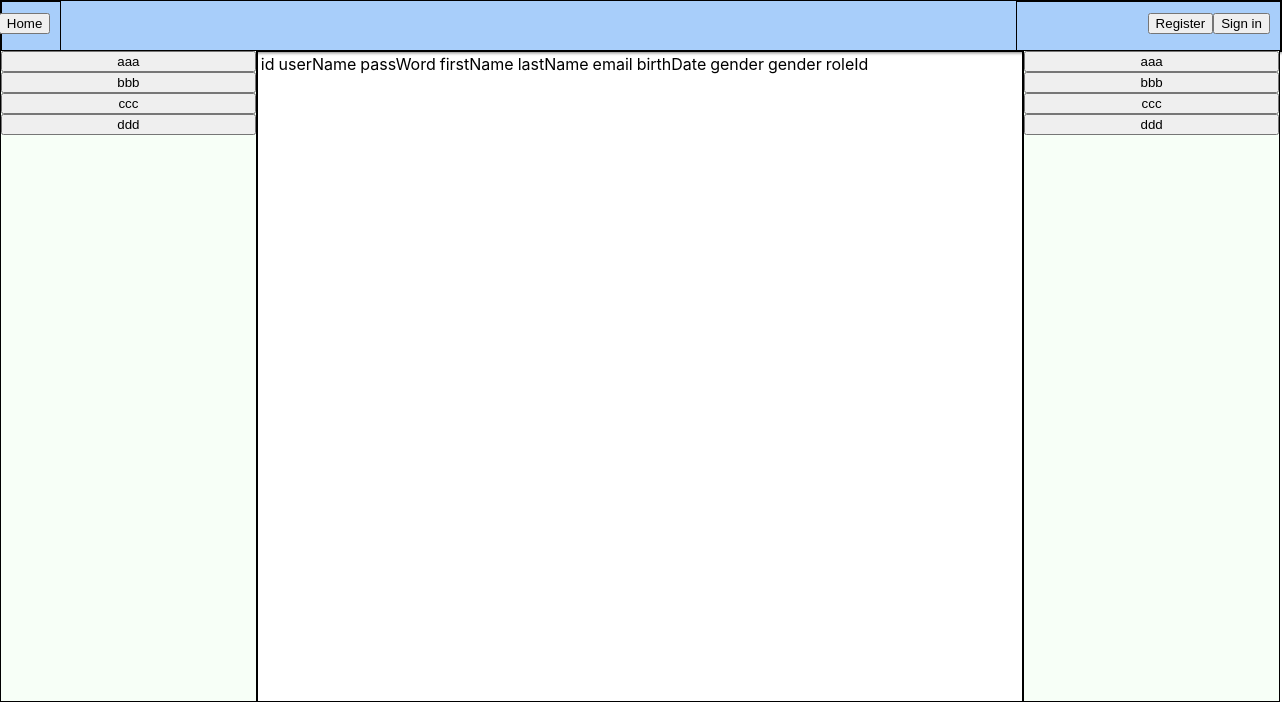
Repository: MichaelSodovski/website-client
Page: /users
The author's editor kept a copy of each file at every save. The page is drawn from the files as they stood at one save, then again after the next save.
The browser window is 1280 px wide. The page is 1282 px wide, so the pictures cover 1282 px, including what lies to the right of the window. The pictures show the whole page.
The page's requests for data from a server got no answer. The project was rebuilt for these pictures with package versions that can differ from the ones it lists, and the page was loaded fresh each time. No one was signed in, and anything a server would have sent is missing. Also part of the build but not shown: src/components/home/home.component.jsx, src/components/register/register.component.css, src/components/payment-info/payment.component.css, src/components/payment-info/payment.component.js, src/components/register/register.component.jsx, src/components/signIn/signIn.component.css, src/components/signIn/signIn.component.jsx.

Above is the page before, as saved 2022-05-14 22:16:37.

After the next save:
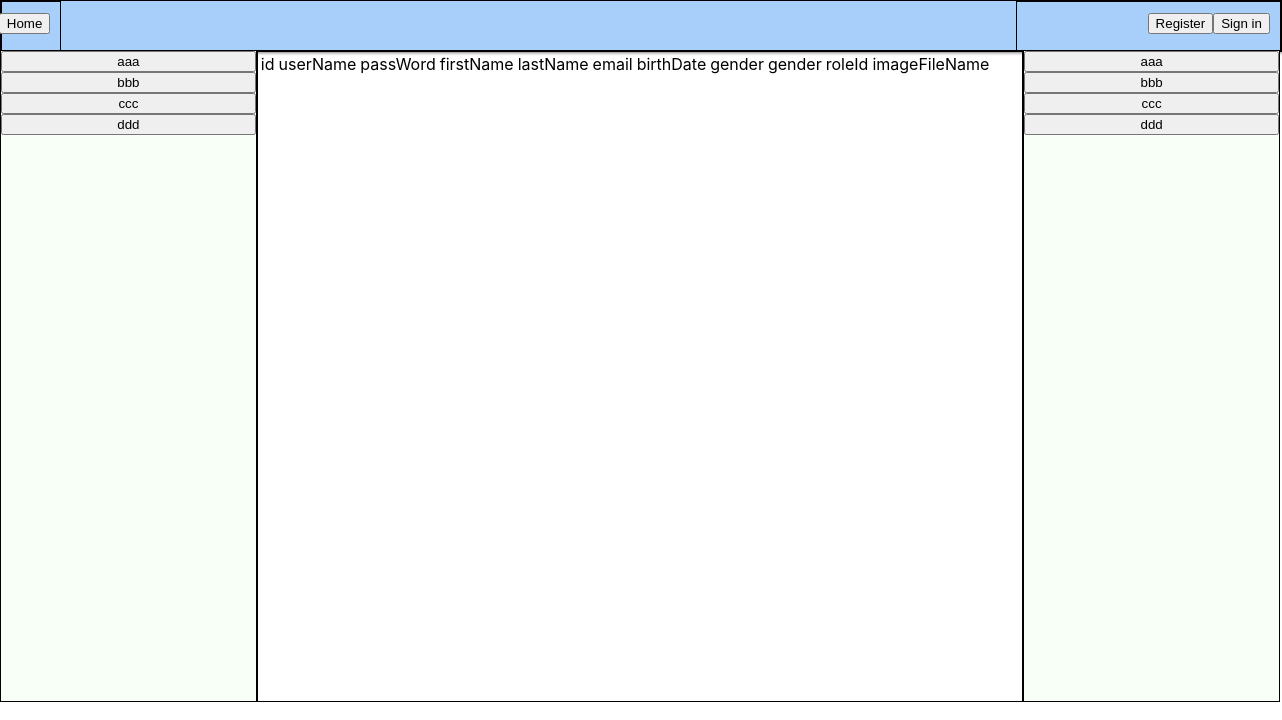
Saved 13 s later.
--- a/src/components/users/users.component.jsx
+++ b/src/components/users/users.component.jsx
@@ -48,6 +48,9 @@ export default function Users() {
                     <td>
                         roleId
                     </td>
+                    <td>
+                    imageFileName
+                    </td>
                 </tr>
             </table>
         </div>
